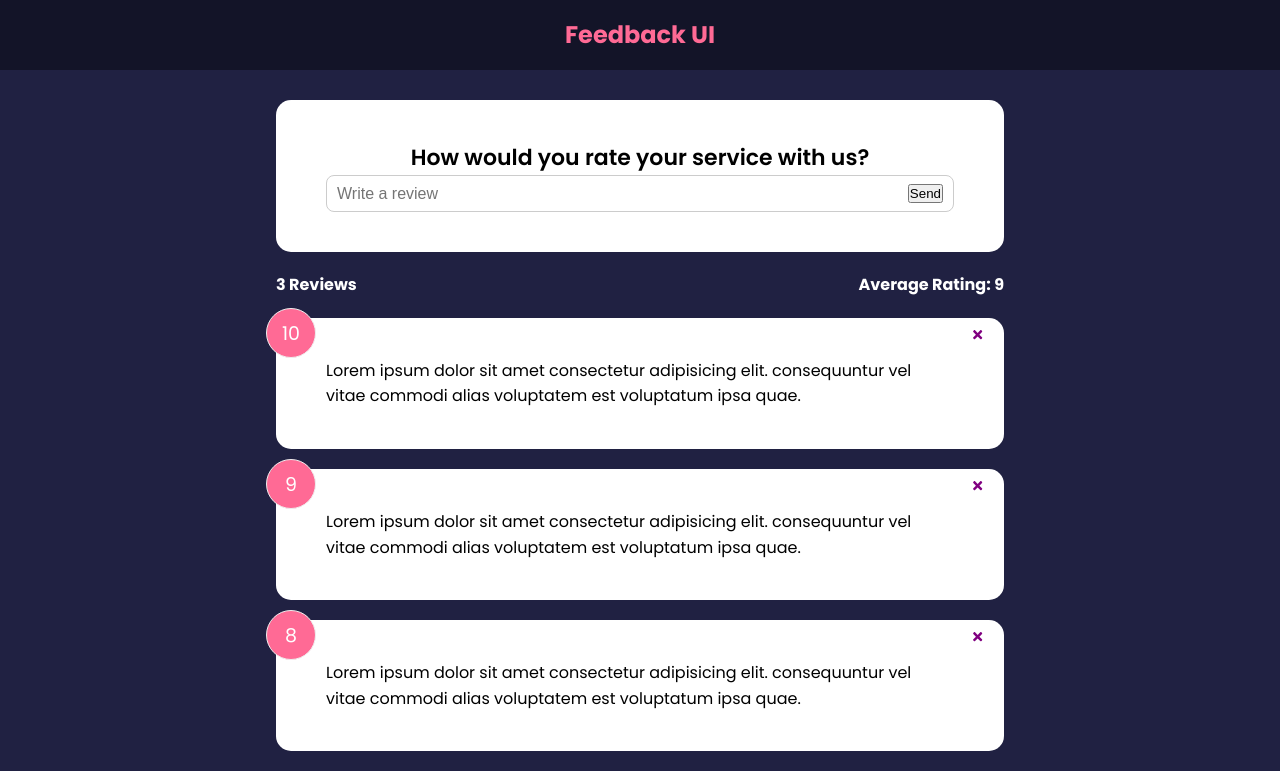
Repository: minhtien9/Feedback_App
Page: /
These files come from the project's save history. The page is drawn as it stood at one moment and after the next save; the edit follows.
The browser window is 1280 px wide. The pictures show the whole page.
The project was rebuilt for these pictures with package versions that can differ from the ones it lists, and the page was loaded fresh each time.

Above is the page before, as saved 2022-02-18 14:36:48.

### src/index.css
@import url('https://fonts.googleapis.com/css2?family=Poppins:wght@400;600;700&display=swap');

* {
    box-sizing: border-box;
    margin: 0;
    padding: 0;
}

body {
    font-family: 'Poppins', sans-serif;
    background-color: #202142;
    color: #fff;
    line-height: 1.6;
}

ul {
    list-style: none;
}

.container {
    max-width: 768px;
    margin: auto;
    padding: 0 20px;
}

header {
    height: 70px;
    width: 100%;
    display: flex;
    justify-content: space-between;
    align-items: center;
    margin-bottom: 30px;
}

.card {
    background-color: #fff;
    color: #333;
    border-radius: 15px;
    padding: 40px 50px;
    margin: 20px 0;
    position: relative;
}

.card.reverse {
    background-color: rgba(0, 0, 0, 0.4);
    color: #fff;
}

.card h2 {
    font-size: 22px;
    font-weight: 600;
    text-align: center;
}

.rating {
    display: flex;
    align-items: center;
    justify-content: space-around;
    margin: 30px 0 40px;
}

.rating li,
.num-display {
    position: relative;
    background: #f4f4f4;
    width: 50px;
    height: 50px;
    padding: 10px;
    text-align: center;
    border-radius: 50%;
    font-size: 19px;
    border: 1px #eee solid;
    transition: 0.3s;
}

.rating li label {
    position: absolute;
    top: 50%;
    left: 50%;
    width: 50px;
    height: 50px;
    padding: 10px;
    border-radius: 50%;
    transform: translate(-50%, -50%);
    cursor: pointer;
}

.rating li:hover,
.num-display {
    background: #ff6a95;
    color: #fff;
}

[type='radio'] {
    opacity: 0;
}

[type='radio']:checked ~ label {
    background: #ff6a95;
    color: #fff;
}

.input-group {
    display: flex;
    flex-direction: row;
    border: 1px solid #ccc;
    padding: 8px 10px;
    border-radius: 8px;
}

input {
    flex-grow: 2;
    border: none;
    font-size: 16px;
}

input:focus {
    outline: none;
}

.feedback-stats {
    color: #fff;
    display: flex;
    justify-content: space-between;
    align-items: center;
}

.num-display {
    position: absolute;
    top: -10px;
    left: -10px;
}

.close,
.edit {
    position: absolute;
    top: 10px;
    right: 20px;
    cursor: pointer;
    background: none;
    border: none;
}

.edit {
    right: 40px;
}

.btn {
    color: #fff;
    border: 0;
    border-radius: 8px;
    color: #fff;
    width: 100px;
    height: 40px;
    cursor: pointer;
}

.btn-primary {
    background-color: #202142;
}

.btn-secondary {
    background: #ff6a95;
}

.btn:hover {
    transform: scale(0.98);
    opacity: 0.9;
}

.btn:disabled {
    background-color: #cccccc;
    color: #333;
    cursor: auto;
}

.btn:disabled:hover {
    transform: scale(1);
    opacity: 1;
}

.message {
    padding-top: 10px;
    text-align: center;
    color: rebeccapurple;
}

/* FIX: Remove position: absolute to keep about icon at the bottom of the
 * document */
.about-link {
    display: flex;
    justify-content: flex-end;
}

/* FIX: Remove position: absolute to keep about icon at the bottom of the
 * document */
.about-link a {
    color: #fff;
    cursor: pointer;
}

.about-link a:hover {
    color: #ff6a95;
}

.about h1 {
    margin-bottom: 20px;
}

.about p {
    margin: 10px 0;
}

@media (max-width: 600px) {
    .rating li {
        margin: 10px 3px;
    }

    .rating {
        display: flex;
        align-items: center;
        justify-content: center;
        flex-wrap: wrap;
        margin: 30px 0 40px;
    }

    .input-group input {
        width: 80%;
    }
}

### src/App.js
import Header from './components/Header'

import FeedbackData from './data/FeedbackData'
import FeedbackList from './components/FeedbackList'

import { useState } from 'react'
import FeedbackStats from './components/FeedbackStats'
import FeedbackForm from './components/FeedbackForm'

function App() {
    const [feedback, setFeedback] = useState(FeedbackData)

    const deleteFeedback = (id) => {
        if (window.confirm('Are you sure you want to delete?')) {
            setFeedback(feedback.filter((item) => item.id !== id))
        }
    }
    return (
        <div className='App'>
            <Header />
            <div className='container'>
                <FeedbackForm />
                <FeedbackStats feedback={feedback} />
                <FeedbackList
                    feedback={feedback}
                    handeDelete={deleteFeedback}
                />
            </div>
        </div>
    )
}

export default App

### src/components/Header.jsx
import React from 'react'
import PropTypes from 'prop-types'

Header.propTypes = {
    text: PropTypes.string,
    bgColor: PropTypes.string,
    textColor: PropTypes.string,
}

Header.defaultProps = {
    text: 'Feedback UI',
    bgColor: 'rgba(0,0,0,0.4)',
    textColor: '#ff6a95',
}

function Header({ text, bgColor, textColor }) {
    const headerStyles = { background: bgColor, color: textColor }
    return (
        <header style={headerStyles}>
            <div className='container'>
                <h2>{text}</h2>
            </div>
        </header>
    )
}

export default Header

### src/data/FeedbackData.js
const FeedbackData = [
    {
        id: 1,
        rating: 10,
        text: 'Lorem ipsum dolor sit amet consectetur adipisicing elit. consequuntur vel vitae commodi alias voluptatem est voluptatum ipsa quae.',
    },
    {
        id: 2,
        rating: 9,
        text: 'Lorem ipsum dolor sit amet consectetur adipisicing elit. consequuntur vel vitae commodi alias voluptatem est voluptatum ipsa quae.',
    },
    {
        id: 3,
        rating: 8,
        text: 'Lorem ipsum dolor sit amet consectetur adipisicing elit. consequuntur vel vitae commodi alias voluptatem est voluptatum ipsa quae.',
    },
]

export default FeedbackData

### src/components/FeedbackList.jsx
import PropTypes from 'prop-types'
import FeedbackItem from './FeedbackItem'

FeedbackList.propTypes = {
    feedback: PropTypes.arrayOf(
        PropTypes.shape({
            id: PropTypes.number.isRequired,
            text: PropTypes.string.isRequired,
            rating: PropTypes.number.isRequired,
        })
    ),
}

function FeedbackList({ feedback, handeDelete }) {
    if (!feedback || feedback.length === 0) return <p>No Feedback Yet</p>
    return (
        <div className='feedback-list'>
            {feedback.map((item) => (
                <FeedbackItem
                    key={item.id}
                    item={item}
                    handeDelete={handeDelete}
                />
            ))}
        </div>
    )
}

export default FeedbackList

### src/components/FeedbackStats.jsx
import React from 'react'
import PropTypes from 'prop-types'

FeedbackStats.propTypes = {
    feedback: PropTypes.array.isRequired,
}

function FeedbackStats({ feedback }) {
    let average =
        feedback.reduce((acc, cur) => {
            return acc + cur.rating
        }, 0) / feedback.length

    average = average.toFixed(1).replace(/[.,]0$/, '')
    return (
        <div className='feedback-stats'>
            <h4>{feedback.length} Reviews</h4>
            <h4>Average Rating: {isNaN(average) ? 0 : average}</h4>
        </div>
    )
}

export default FeedbackStats

### src/components/FeedbackForm.jsx
import { useState } from 'react'
import Card from './UI/Card'

FeedbackForm.propTypes = {}

function FeedbackForm(props) {
    const [text, setText] = useState('')

    const handleTextChange = (e) => {
        setText(e.target.value)
    }
    return (
        <Card>
            <form>
                <h2>How would you rate your service with us?</h2>
                <div className='input-group'>
                    <input
                        onChange={handleTextChange}
                        type='text'
                        placeholder='Write a review'
                        value={text}
                    />
                    <button type='submit'>Send</button>
                </div>
            </form>
        </Card>
    )
}

export default FeedbackForm

### src/components/FeedbackItem.jsx
import { FaTimes } from 'react-icons/fa'
import PropTypes from 'prop-types'
import Card from './UI/Card'

FeedbackItem.propTypes = {
    item: PropTypes.object.isRequired,
}

function FeedbackItem({ item, handleDelete }) {
    return (
        <Card>
            <div className='num-display'>{item.rating}</div>
            <button onClick={() => handleDelete(item.id)} className='close'>
                <FaTimes color='purple' />
            </button>
            <div className='text-display'>{item.text}</div>
        </Card>
    )
}

export default FeedbackItem

### src/components/UI/Card.jsx
import React from 'react'
import PropTypes from 'prop-types'

Card.propTypes = {
    children: PropTypes.node.isRequired,
    reverse: PropTypes.bool,
}

Card.defaultProps = {
    reverse: false,
}

function Card({ children, reverse }) {
    return (
        <div
            className='card'
            style={{
                backgroundColor: reverse ? 'rgba(0,0,0,0.4)' : '#fff',
                color: reverse ? '#fff' : '#000',
            }}
        >
            {children}
        </div>
    )
}

export default Card

### src/components/UI/Button.jsx
import React from 'react'
import PropTypes from 'prop-types'

Button.propTypes = {
    children: PropTypes.node.isRequired,
    version: PropTypes.string,
    type: PropTypes.string,
    isDisabled: PropTypes.bool,
}

Button.defaultProps = {
    version: 'primary',
    type: 'button',
    isDisabled: false,
}

function Button({ children, version, type, isDisabled }) {
    return (
        <button
            type={type}
            disabled={isDisabled}
            className={`btn btn-${version}`}
        ></button>
    )
}

export default Button

Loaded but not shown: public/index.html (common file); src/index.js (common file)

After the next save:
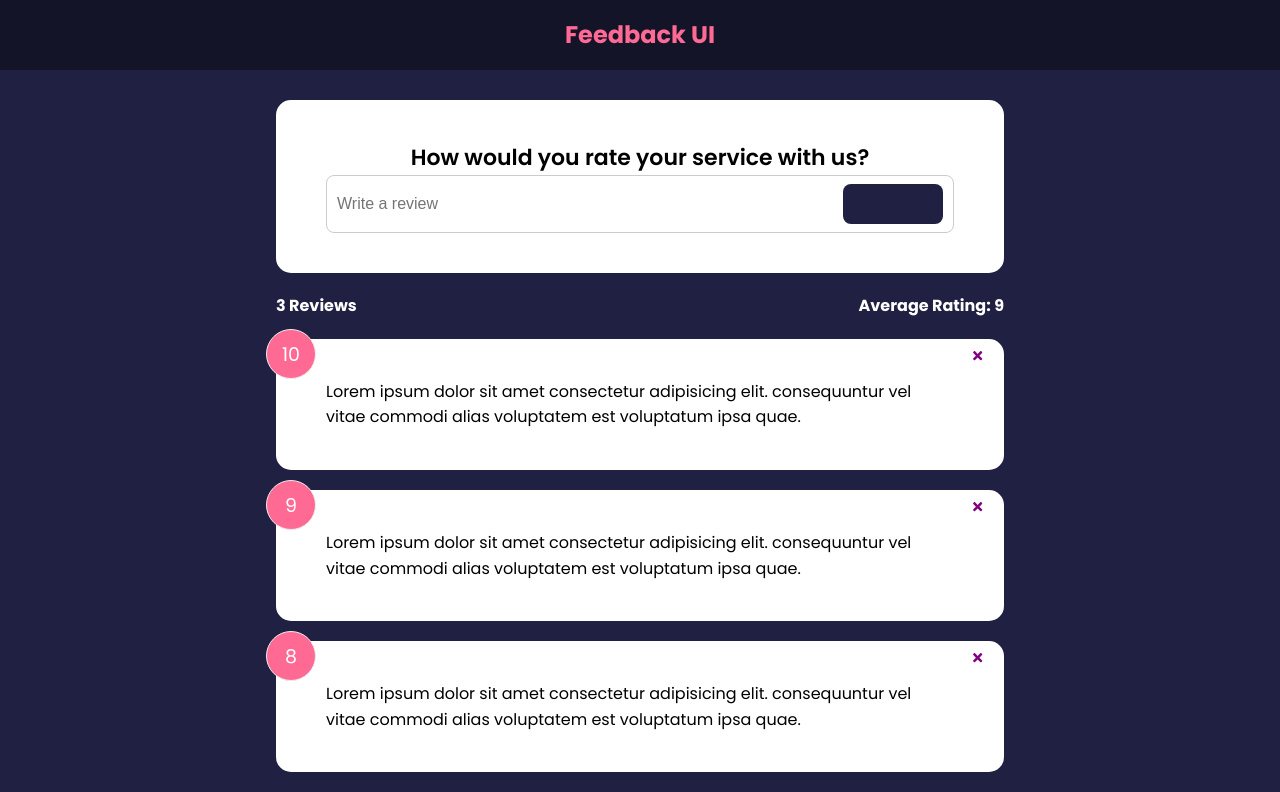
Saved 9 s later.
--- a/src/components/FeedbackForm.jsx
+++ b/src/components/FeedbackForm.jsx
@@ -1,4 +1,5 @@
 import { useState } from 'react'
+import Button from './UI/Button'
 import Card from './UI/Card'
 
 FeedbackForm.propTypes = {}
@@ -20,7 +21,7 @@ function FeedbackForm(props) {
                         placeholder='Write a review'
                         value={text}
                     />
-                    <button type='submit'>Send</button>
+                    <Button type='submit'>Send</Button>
                 </div>
             </form>
         </Card>
